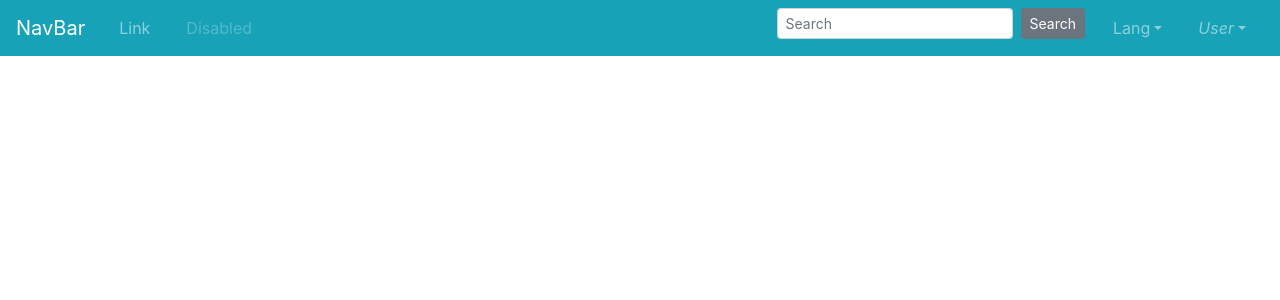
Repository: Funnyrz/vue-nav
Page: /
These files come from the project's save history. The page is drawn as it stood at one moment and after the next save; the edit follows.
The browser window is 1280 px wide. The pictures show the whole page.
The project was rebuilt for these pictures with package versions that can differ from the ones it lists, and the page was loaded fresh each time.

Above is the page before, as saved 2020-08-24 22:38:21.

### public/index.html
<!DOCTYPE html>
<html lang="en">
  <head>
    <meta charset="utf-8">
    <meta http-equiv="X-UA-Compatible" content="IE=edge">
    <meta name="viewport" content="width=device-width,initial-scale=1.0">
    <link rel="icon" href="<%= BASE_URL %>favicon.ico">
    <title>vue-pic</title>
  </head>
  <body>
    <noscript>
      <strong>We're sorry but vue-pic doesn't work properly without JavaScript enabled. Please enable it to continue.</strong>
    </noscript>
    <div id="app"></div>
    <!-- built files will be auto injected -->
  </body>
</html>

### src/main.js
import Vue from 'vue'
import App from './App.vue'
import 'bootstrap/dist/css/bootstrap.css'
import 'bootstrap-vue/dist/bootstrap-vue.css'
import BootstrapVue from 'bootstrap-vue'
// ES Modules syntax

// require syntax

Vue.use(BootstrapVue)
Vue.config.productionTip = false

new Vue({
  render: h => h(App),
}).$mount('#app')

### src/App.vue
<template>
  <div id="app">
    <HelloWorld msg="Welcome to Your Vue.js App" />
  </div>
</template>

<script>
import HelloWorld from "./components/HelloWorld.vue";

export default {
  name: "app",
  components: {
    HelloWorld
  }
};
</script>

<style>
</style>

### src/components/HelloWorld.vue
<template>
  <div class="hello">
    <div>
      <b-navbar toggleable="lg" type="dark" variant="info">
        <b-navbar-brand href="#">NavBar</b-navbar-brand>

        <b-navbar-toggle target="nav-collapse"></b-navbar-toggle>

        <b-collapse id="nav-collapse" is-nav>
          <b-navbar-nav>
            <b-nav-item href="#">Link</b-nav-item>
            <b-nav-item href="#" disabled>Disabled</b-nav-item>
          </b-navbar-nav>

          <!-- Right aligned nav items -->
          <b-navbar-nav class="ml-auto">
            <b-nav-form>
              <b-form-input size="sm" class="mr-sm-2" placeholder="Search"></b-form-input>
              <b-button size="sm" class="my-2 my-sm-0" type="submit">Search</b-button>
            </b-nav-form>

            <b-nav-item-dropdown text="Lang" right>
              <b-dropdown-item href="#">EN</b-dropdown-item>
              <b-dropdown-item href="#">ES</b-dropdown-item>
              <b-dropdown-item href="#">RU</b-dropdown-item>
              <b-dropdown-item href="#">FA</b-dropdown-item>
            </b-nav-item-dropdown>

            <b-nav-item-dropdown right>
              <!-- Using 'button-content' slot -->
              <template v-slot:button-content>
                <em>User</em>
              </template>
              <b-dropdown-item href="#">Profile</b-dropdown-item>
              <b-dropdown-item href="#">Sign Out</b-dropdown-item>
            </b-nav-item-dropdown>
          </b-navbar-nav>
        </b-collapse>
      </b-navbar>
    </div>
  </div>
</template>

<script>
export default {
  name: "HelloWorld",
  props: {
    msg: String
  },
  mounted() {}
};
</script>

<!-- Add "scoped" attribute to limit CSS to this component only -->
<style scoped>
h3 {
  margin: 40px 0 0;
}
ul {
  list-style-type: none;
  padding: 0;
}
li {
  display: inline-block;
  margin: 0 10px;
}
a {
  color: #42b983;
}
</style>

After the next save:
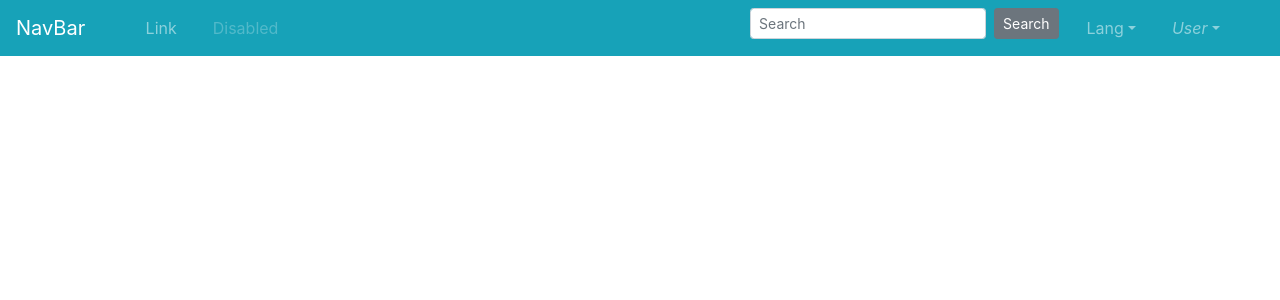
Saved 69 s later.
--- a/src/components/HelloWorld.vue
+++ b/src/components/HelloWorld.vue
@@ -5,37 +5,38 @@
         <b-navbar-brand href="#">NavBar</b-navbar-brand>
 
         <b-navbar-toggle target="nav-collapse"></b-navbar-toggle>
+        <b-container>
+          <b-collapse id="nav-collapse" is-nav>
+            <b-navbar-nav>
+              <b-nav-item href="#">Link</b-nav-item>
+              <b-nav-item href="#" disabled>Disabled</b-nav-item>
+            </b-navbar-nav>
 
-        <b-collapse id="nav-collapse" is-nav>
-          <b-navbar-nav>
-            <b-nav-item href="#">Link</b-nav-item>
-            <b-nav-item href="#" disabled>Disabled</b-nav-item>
-          </b-navbar-nav>
+            <!-- Right aligned nav items -->
+            <b-navbar-nav class="ml-auto">
+              <b-nav-form>
+                <b-form-input size="sm" class="mr-sm-2" placeholder="Search"></b-form-input>
+                <b-button size="sm" class="my-2 my-sm-0" type="submit">Search</b-button>
+              </b-nav-form>
 
-          <!-- Right aligned nav items -->
-          <b-navbar-nav class="ml-auto">
-            <b-nav-form>
-              <b-form-input size="sm" class="mr-sm-2" placeholder="Search"></b-form-input>
-              <b-button size="sm" class="my-2 my-sm-0" type="submit">Search</b-button>
-            </b-nav-form>
+              <b-nav-item-dropdown text="Lang" right>
+                <b-dropdown-item href="#">EN</b-dropdown-item>
+                <b-dropdown-item href="#">ES</b-dropdown-item>
+                <b-dropdown-item href="#">RU</b-dropdown-item>
+                <b-dropdown-item href="#">FA</b-dropdown-item>
+              </b-nav-item-dropdown>
 
-            <b-nav-item-dropdown text="Lang" right>
-              <b-dropdown-item href="#">EN</b-dropdown-item>
-              <b-dropdown-item href="#">ES</b-dropdown-item>
-              <b-dropdown-item href="#">RU</b-dropdown-item>
-              <b-dropdown-item href="#">FA</b-dropdown-item>
-            </b-nav-item-dropdown>
-
-            <b-nav-item-dropdown right>
-              <!-- Using 'button-content' slot -->
-              <template v-slot:button-content>
-                <em>User</em>
-              </template>
-              <b-dropdown-item href="#">Profile</b-dropdown-item>
-              <b-dropdown-item href="#">Sign Out</b-dropdown-item>
-            </b-nav-item-dropdown>
-          </b-navbar-nav>
-        </b-collapse>
+              <b-nav-item-dropdown right>
+                <!-- Using 'button-content' slot -->
+                <template v-slot:button-content>
+                  <em>User</em>
+                </template>
+                <b-dropdown-item href="#">Profile</b-dropdown-item>
+                <b-dropdown-item href="#">Sign Out</b-dropdown-item>
+              </b-nav-item-dropdown>
+            </b-navbar-nav>
+          </b-collapse>
+        </b-container>
       </b-navbar>
     </div>
   </div>
